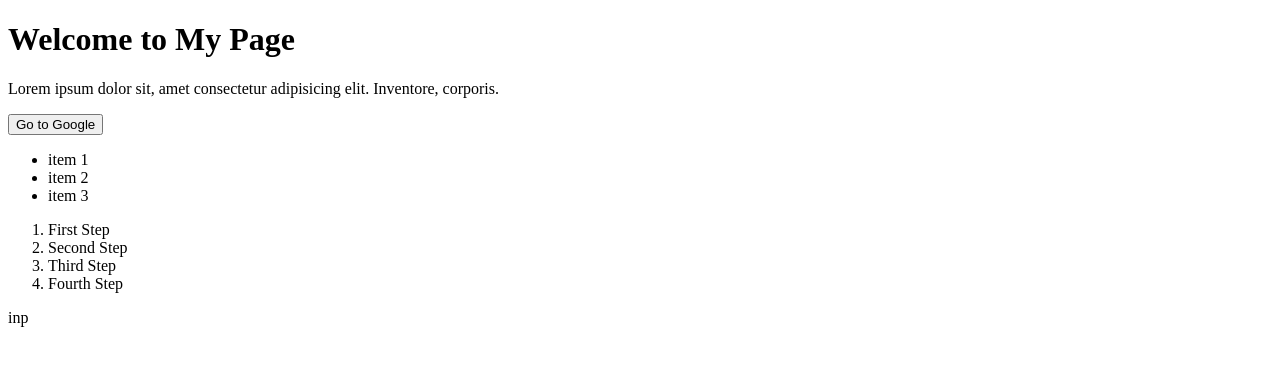
Repository: cs-fullstack-2020-spring/javascript-classes-cw-Awhit-commits
Page: index.html
The author's editor kept a copy of each file at every save. The page is drawn from the files as they stood at one save, then again after the next save.
The browser window is 1280 px wide. The pictures show the whole page.

Above is the page before, as saved 2021-01-06 11:56:57.

After the next save:
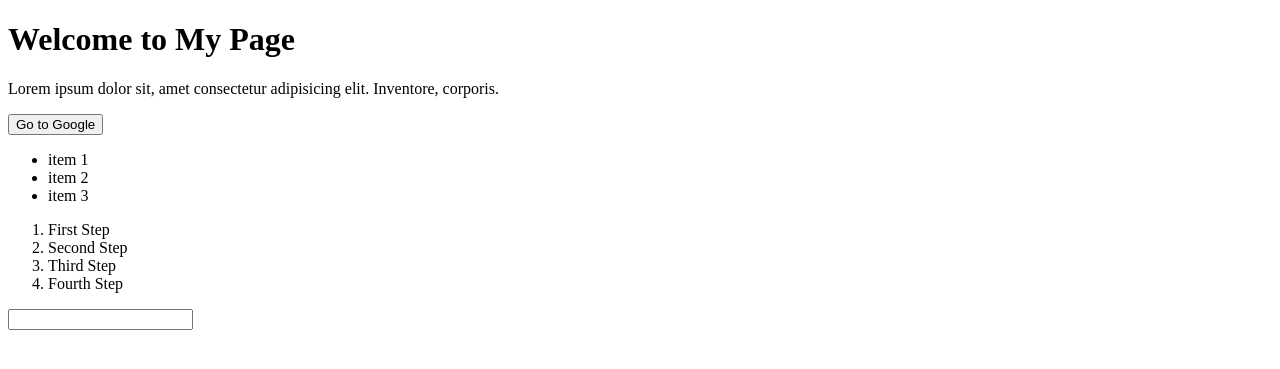
Saved 6 s later.
--- a/index.html
+++ b/index.html
@@ -23,6 +23,6 @@
         <li>Fourth Step</li>
     </ol>
 
-    inp
+    <input type="text" name="" id="">
 </body>
 </html>
